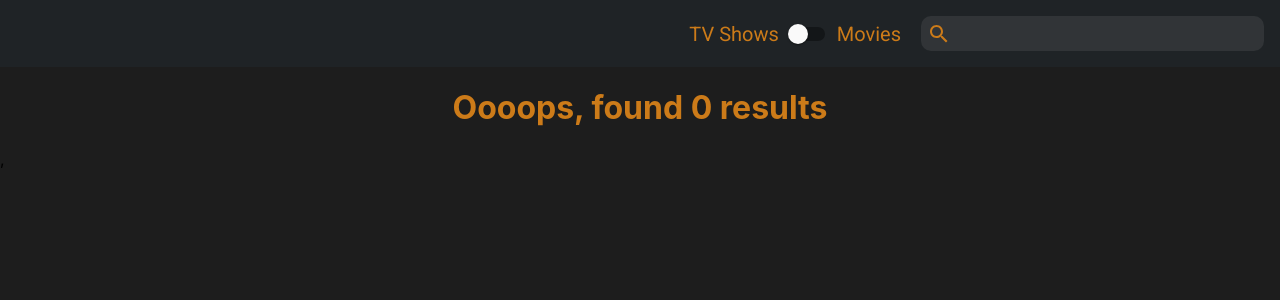
Repository: Amad-Mlinka/Movie-v2
Page: /
The author's editor kept a copy of each file at every save. The page is drawn from the files as they stood at one save, then again after the next save.
The browser window is 1280 px wide. The pictures show the whole page.
The page's requests for data from a server got no answer. The project was rebuilt for these pictures with package versions that can differ from the ones it lists, and the page was loaded fresh each time. No one was signed in, and anything a server would have sent is missing. Also part of the build but not shown: src/components/media/Media.scss, src/components/media/Movie.tsx, src/components/media/Tv.tsx, src/pages/DetailPage.tsx.

Above is the page before, as saved 2021-04-30 07:00:41.

### src/index.tsx
import React from 'react';
import ReactDOM from 'react-dom';
import './index.scss';
import App from './App';
import {Provider} from "react-redux"
import {store} from "./store/store"


ReactDOM.render(
  <Provider store={store}>
    <App />,
  </Provider>


  , document.getElementById('root')
);

### src/index.scss
html {
  background: #1d1d1d;
  overflow-x: hidden;
}
body {
  margin: 0;
  font-family: -apple-system, BlinkMacSystemFont, 'Segoe UI', 'Roboto', 'Oxygen',
    'Ubuntu', 'Cantarell', 'Fira Sans', 'Droid Sans', 'Helvetica Neue',
    sans-serif;
  -webkit-font-smoothing: antialiased;
  -moz-osx-font-smoothing: grayscale;
}

code {
  font-family: source-code-pro, Menlo, Monaco, Consolas, 'Courier New',
    monospace;
}
a{
  text-decoration: none;
}
.container{
  width: 75%;
  margin: auto;
}

### src/App.tsx
import './App.scss';
import { BrowserRouter as Router, Switch, Route } from "react-router-dom"
import {MainPage} from "./pages/MainPage"
import { DetailPage } from './pages/DetailPage';


function App() {
  return (
    <Router>
      <div className="app">
        <Switch>
          <Route path="/" exact component={MainPage}></Route>
          <Route path="/:media/:id" exact component={DetailPage}></Route>
        </Switch>


      </div>
    </Router>

  );
}

export default App;

### src/store/store.ts
import { createStore } from "redux"
import { searchTermReducer } from "../reducers/searchTermReducer"
import { mediaTypeReducer }  from "../reducers/mediaTypeReducer"
import { mediaReducer }  from "../reducers/mediaReducer"
import { genreReducer }  from "../reducers/genreReducer"
import { detailReducer }  from "../reducers/detailReducer"
import { combineReducers} from "redux"

const rootReducer = combineReducers(
    {
        searchTerm:searchTermReducer,
        media:mediaReducer,
        mediaType:mediaTypeReducer,
        genre:genreReducer,
        detail:detailReducer
    })

export const store = createStore(rootReducer);

### src/App.scss
.app{
    display: flex;
    flex-direction: column;
}

### src/pages/MainPage.tsx
import React from 'react'
import { Header } from '../components/header/Header';
import { MediaList } from '../components/mediaList/MediaList';


export const MainPage = () => {
    return (
        <div>
            <Header></Header>
            <MediaList></MediaList>
        </div>
    )
}

### src/reducers/searchTermReducer.ts
const initialState:string="";

type Action = {
    type:string,
    payload:string
}
export const searchTermReducer = (state:string=initialState, action:Action):string => {
   switch(action.type){
       case "CHANGE_TERM": {
            return action.payload;
       }
       case "RESET_TERM": {
        return initialState;
   }
       default:
           return state
   }
}

### src/reducers/mediaTypeReducer.ts
const initialState:string="tv";

type Action = {
    type:string,
    payload:string
}
export const mediaTypeReducer = (state:string=initialState, action:Action):string => {
   switch(action.type){
       case "CHANGE_MEDIA_TYPE": {
            return action.payload;
       }
       default:
           return state
   }
}

### src/reducers/mediaReducer.ts
import {movieInterface} from "../interface/movieInterface"
import {tvInterface} from "../interface/tvInterface"

const initialState:(tvInterface | movieInterface)[]=[];

type Action = {
    type:string,
    payload:(tvInterface | movieInterface)[]
}


export const mediaReducer = (state:(tvInterface | movieInterface)[] = initialState, action:Action) => {
    switch(action.type){
        case "CHANGE_MEDIA":
            return action.payload
        default:
            return state

    }
}

### src/reducers/genreReducer.ts
import {genreInterface} from "../interface/genreInterface"


const initialState:genreInterface[]=[];

type Action = {
    type:string,
    payload:genreInterface []
}


export const genreReducer = (state:genreInterface[] = initialState, action:Action) => {
    switch(action.type){
        case "CHANGE_GENRE":
            return action.payload
        default:
            return state

    }
}

### src/reducers/detailReducer.ts
import {movieInterface} from "../interface/movieInterface"
import {tvInterface} from "../interface/tvInterface"

const initialState:(tvInterface | movieInterface | null)=null;

type Action = {
    type:string,
    payload:(tvInterface | movieInterface)[]
}


export const detailReducer = (state:(tvInterface | movieInterface | null) = initialState, action:Action) => {
    switch(action.type){
        case "CHANGE_DETAIL":
            return action.payload
        default:
            return state

    }
}

### src/components/header/Header.tsx
/*Components*/
import React, { useEffect } from 'react'
import Switch from '@material-ui/core/Switch';
import { useSelector, useDispatch } from "react-redux"
import { Link } from "react-router-dom"
import $ from "jquery"

/*SCSS*/
import "./Header.scss"

/*Icons*/
import SearchSharpIcon from '@material-ui/icons/SearchSharp';
import ArrowBackIosIcon from '@material-ui/icons/ArrowBackIos';





export const Header = () => {
    const [openSearch, setOpenSearch] = React.useState<boolean>(false)
    const state: any = useSelector(state => state)
    const dispatch = useDispatch();

    useEffect(() => {
        setOpenSearch(false);
    }, [])

    const onClick = () => {
        $(".header-container").slideToggle()
        setOpenSearch(!openSearch)
    }

    const onChangeTerm = (changedTerm: string) => {
        dispatch({ type: "CHANGE_TERM", payload: changedTerm })
    }

    const onChangeMediaType = () => {
        dispatch({ type: "CHANGE_MEDIA_TYPE", payload: state.mediaType === "tv" ? "movie" : "tv" })

    }


    return (
        <header>
            {window.location.href.split("/")[3] && (
                <div className="back-button">
                    <Link to="/">
                        <ArrowBackIosIcon />
                    </Link>

                </div>
            )

            }
        {!window.location.href.split("/")[3] && (
            <>
            <div className="search-icon-container">

                <SearchSharpIcon className="search-icon search-input-btn" onClick={onClick} />

            </div>
            <div className="header-container">

                <div className="search">
                    <div className="search-container">
                        <SearchSharpIcon className="search-icon search-input-icon" />
                        <input onChange={(e) => onChangeTerm(e.target.value)} value={state.searchTerm} type="search" className="search-input" name="" id="" />
                    </div>
                </div>

                <div className="filter">
                    <div className="switch">
                        <p className="switch-option">TV Shows </p>
                        <Switch
                            checked={state.mediaType === "tv" ? false : true}
                            onChange={onChangeMediaType}
                            name="checkedA"
                            inputProps={{ 'aria-label': 'secondary checkbox' }}
                        />
                        <p className="switch-option">Movies</p>
                    </div>
                </div>

            </div>
            </>
        )}
        </header>
    )
}

### src/components/mediaList/MediaList.tsx
/*Components*/
import React, { useEffect } from 'react'
import { movieInterface } from "../../interface/movieInterface"
import { tvInterface } from "../../interface/tvInterface"
import { Movie } from '../media/Movie'
import { Tv } from '../media/Tv'
import { useSelector, useDispatch } from "react-redux"

/*Scss*/
import "./MediaList.scss"



//const FEATURED_API = `https://api.themoviedb.org/3/discover/${media}?sort_by=popularity.desc&api_key=70846ae2c3bdf81734c4dc36fab283cc&page=1`;



//const SEARCH_API = `https://api.themoviedb.org/3/search/${media}?&api_key=70846ae2c3bdf81734c4dc36fab283cc&query=${term}`



//const GENRE_API = `https://api.themoviedb.org/3/genre/${media}/list?api_key=70846ae2c3bdf81734c4dc36fab283cc&language=en-US`



export const MediaList = () => {
    const dispatch = useDispatch();
    const state: any = useSelector(state => state)

    const getGenres = () => {
        fetch(`https://api.themoviedb.org/3/genre/${state.mediaType}/list?api_key=70846ae2c3bdf81734c4dc36fab283cc&language=en-US`)
            .then(res => res.json())
            .then(data => {
                dispatch({ type: "CHANGE_GENRE", payload: data })
            })

    }


    const getMovies = () => {
        fetch(`https://api.themoviedb.org/3/discover/${state.mediaType}?sort_by=popularity.desc&api_key=70846ae2c3bdf81734c4dc36fab283cc&page=1`)
            .then(res => res.json())
            .then(data => {
                dispatch({ type: "CHANGE_MEDIA", payload: data.results })
                console.log(state)
            })
    }

    const searchMovies = () => {
        if (state.searchTerm.length >= 3) {
            fetch(`https://api.themoviedb.org/3/search/${state.mediaType}?&api_key=70846ae2c3bdf81734c4dc36fab283cc&query=${state.searchTerm}&page=1`)
                .then(res => res.json())
                .then(data => {
                    dispatch({ type: "CHANGE_MEDIA", payload: data.results })

                })
        } else {
            getMovies();
        }

    }

    useEffect(() => {
        getGenres();
    }, [])



    useEffect(() => {
        if (state.searchTerm.length >= 3) {
            searchMovies()
        } else {
            getMovies();
        }// eslint-disable-next-line react-hooks/exhaustive-deps
    }, [state.mediaType]);



    useEffect(() => {
        let timer1 = setTimeout(() => searchMovies(), 1000);

        // this will clear Timeout
        // when component unmount like in willComponentUnmount
        // and show will not change to true
        return () => {
            clearTimeout(timer1);
        };
        // eslint-disable-next-line react-hooks/exhaustive-deps
    }, [state.searchTerm]);




    return (
        <>
            <div className="count">
                <h1 className="results-header">
                    {state.media.length===0 ? `Oooops, found ${state.media.length} ` : `Found ${state.media.length} `} results
                </h1>

            </div>
            <div className="container">
                <div className="media-list-container">

                    {
                        state.mediaType === "movie" ?

                            state.media.length > 0 && state.media.slice(0,9).map((media: (movieInterface)) => (
                                <Movie key={media.id} {...media} />
                            ))
                            :
                            state.media.length > 0 && state.media.slice(0,9).map((media: (tvInterface)) => (
                                <Tv key={media.id} {...media} />
                            ))
                    }
                </div>


            </div>

        </>
    )
}

### src/pages/DetailPage.scss
@import "../main.scss";
.details{
  display: flex;
  flex-direction: column;
  align-items: center;
}
.movie-details-container{
  background-position: center;
  background-repeat: repeat;
  background-size: cover;
  position: absolute;

}

.backdrop{
  backdrop-filter: blur(25px) contrast(0.6);
  width: 100%;
  height: -webkit-fill-available;
  display: flex;
  align-items: center;
}
.container{
  width: 75%;
  margin: auto;
}

.main-details{
  display: flex;
  margin-top: 150px;
}

.poster-info{
  display: flex;
  color: white;
}
.media-poster{
  img{
    border: 5px solid white;
  }
}

.title{
  text-align: center;
}

@include breakpoint(max-laptop){
  .movie-details-container{
  }
  .main-details{
    flex-direction: column;
  }
  .poster-info{
    flex-direction: column;
    align-items: center;
  }
  .media-poster{
    width: 50%;
    img{
      width: 100%;
    }
  }
  .media-info{
    text-align: center;
  }
}

@include breakpoint(min-desktop){
  .movie-details-container{
    top: 0;
    left: 0;
    width: 100%;
    height: 100%;
  }
  .main-details{
    flex-direction: column;
  }
  .poster-info{
    .media-poster{
      width: 25%;
      img{
        width: 100%;
      }
    }
    .media-info{
      width: 66%;
      padding: 0 30px 30px 30px;
      .title{
        text-align: left;
        font-size: 25px;
      }
      .media-info-item{
        font-size: 20px;
      }
    }
  }
}

### src/components/header/Header.scss
@import "../../main.scss" ;
@import url('https://fonts.googleapis.com/css2?family=Roboto&display=swap');
header {
    display: flex;
    background-color: $primary;
    padding: 1rem;
    min-height:35px;
    align-items: center;
    z-index: 999;
}
.header-container {
    display: flex;
    align-content: center;
    justify-content: center;
}

.search-container {
    position: relative;
}

.search-input-icon {
    position: absolute;
    margin: 6px;
}
.search-icon{
    fill:$secondary!important;
}

.search-input {
    font-family: inherit;
    font-size: 1.2rem;
    border-radius: 10px;
    color: #fff;
    background-color: hsla(0, 0%, 100%, 0.08);
    padding-left: 35px;
    padding-right: 10px;
    border: 0;
    width: 100%;
    height:35px;
    &:focus {
        outline: none;
    }
}

.filter{
    display: flex;
    justify-content: center;
    align-items: center;
}

.switch {
    display: flex;
    flex-direction: row;
    justify-content: center;
    align-items: center;
    height: 25px;
}
.switch-option{
    color: $secondary;
    font-family: "Roboto", "sans-serif";
    font-size: 20px;
}

.MuiSwitch-colorSecondary.Mui-checked {
    color: $secondary !important;
}

.MuiSwitch-colorSecondary.Mui-checked + .MuiSwitch-track{
    background: $secondary !important;
}

.results-header{
    text-align: center;
    color: $secondary;
}
.back-button{

    position: absolute;
    top: 0;
    left: 0;
    margin: 20px;

    svg{
        fill: $secondary !important;
    }


}


@include breakpoint(max-tablet){
    header{
        justify-content: flex-end;
        flex-direction: column;
    }
    .header-container{
        flex-direction: column !important;
        position: relative;
        width: 100%;
        justify-content: center;
        display: none;
        margin-top: 30px;
        align-items: stretch;
    }
    .search {
        margin-bottom: 30px;
    }
    .search-input-btn{
        width: 35px !important;
        height: 35px !important;
        display: block;
    }
    .search-icon-container{
        width: 100%;
        display: flex;
        justify-content: flex-end;
    }
}
@include breakpoint(min-laptop){
    header{
        flex-direction: row;
        justify-content: flex-end;
    }
    .header-container{
        flex-direction: row-reverse;
        display: flex !important;

    }
    .filter{
        margin-right: 20px;
    }
    .search{
        display: flex;
        align-items: center;
    }
    .search-input-btn{
        display: none !important;
    }
}

### src/components/mediaList/MediaList.scss
.media-list-container{
    display: flex;
    flex-wrap: wrap;
    justify-content:center;
}

### src/main.scss
@mixin breakpoint($point) {
    @if $point == min-desktop {
      @media (min-width: 993px) { @content ; }
   }
    @else if $point == min-laptop {
      @media (min-width: 769px) { @content ; }
   }
     @else if $point == min-tablet {
      @media (min-width: 593px) { @content ; }
   }
   @else if $point == min-mobile {
      @media (min-width: 0px)  { @content ; }

   }@else if $point == max-desktop {
      @media (max-width: 1200px) { @content ; }

   }@else if $point == max-laptop {
      @media (max-width: 992px) { @content ; }
   }
     @else if $point == max-tablet {
      @media (max-width: 768px) { @content ; }
   }
   @else if $point == max-mobile {
      @media (max-width: 592px)  { @content ; }

   }
 }
$primary:#1f2326;
$secondary:#cc7b19;

Loaded but not shown: public/index.html (common file)

After the next save:
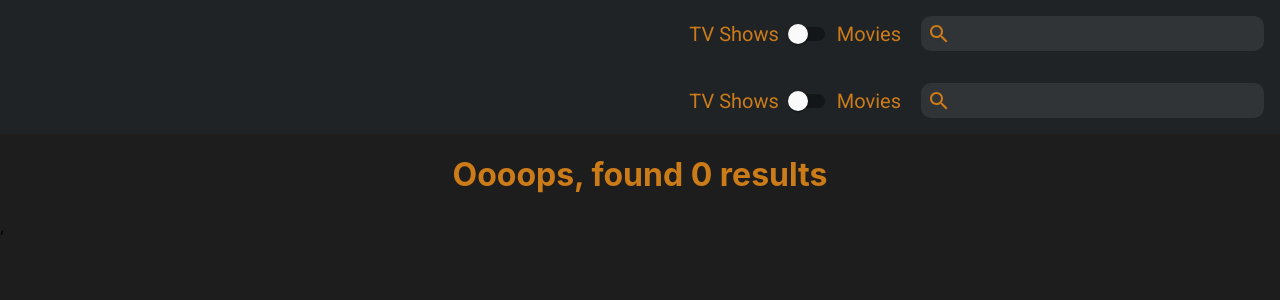
Saved 3 min 3 s later.
--- a/src/App.tsx
+++ b/src/App.tsx
@@ -2,12 +2,15 @@ import './App.scss';
 import { BrowserRouter as Router, Switch, Route } from "react-router-dom"
 import {MainPage} from "./pages/MainPage"
 import { DetailPage } from './pages/DetailPage';
+import React from 'react';
+import { Header } from './components/header/Header';
 
 
 function App() {
   return (
     <Router>
       <div className="app">
+      <Header></Header>
         <Switch>
           <Route path="/" exact component={MainPage}></Route>
           <Route path="/:media/:id" exact component={DetailPage}></Route>

After the save that followed:
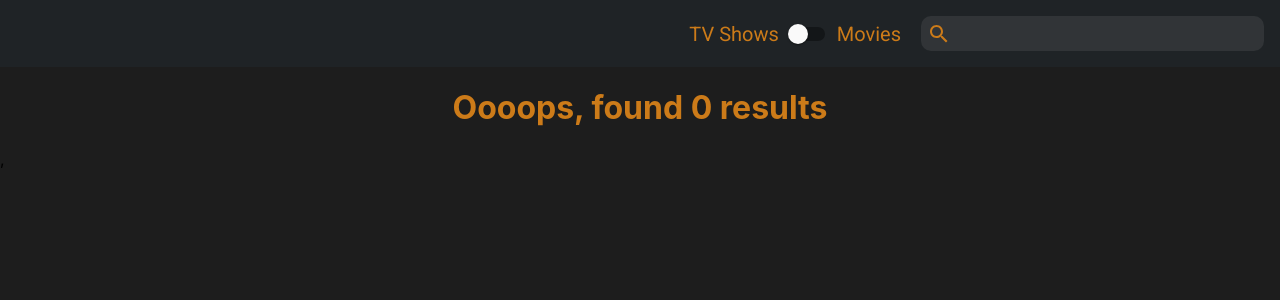
Saved 7 s later.
--- a/src/pages/MainPage.tsx
+++ b/src/pages/MainPage.tsx
@@ -6,7 +6,7 @@ import { MediaList } from '../components/mediaList/MediaList';
 export const MainPage = () => {
     return (
         <div>
-            <Header></Header>
+
             <MediaList></MediaList>
         </div>
     )
